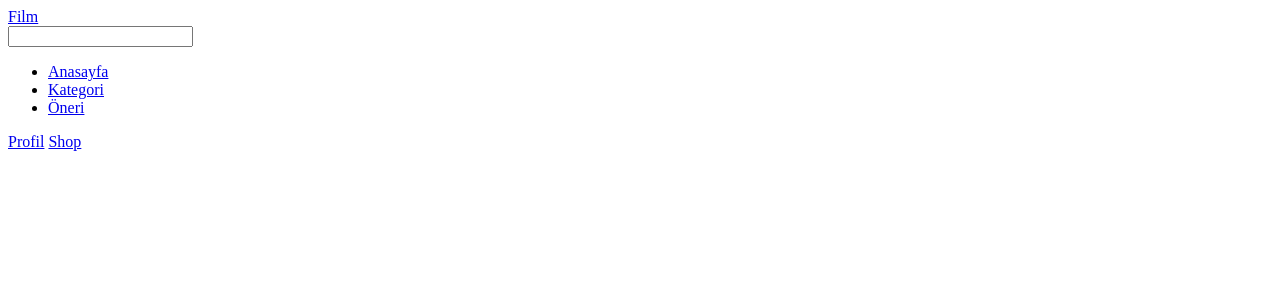
Repository: mehmethd/1-week-html-css-js
Page: index.html
These files come from the project's save history. The page is drawn as it stood at one moment and after the next save; the edit follows.
The browser window is 1280 px wide. The pictures show the whole page.

Above is the page before, as saved 2024-01-26 14:00:24.

After the next save:
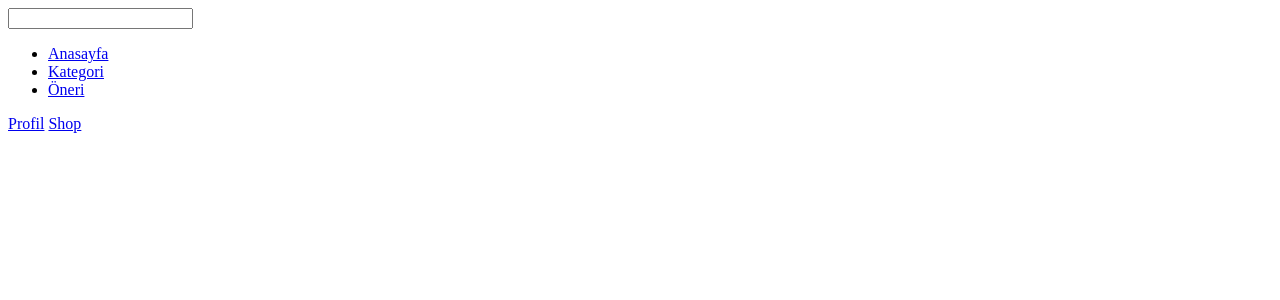
Saved 51 s later.
--- a/index.html
+++ b/index.html
@@ -12,7 +12,7 @@
     <header>
         <div class="navbar">
             <div class="logo">
-                <a href="#">Film</a>
+                <a href="#"></a>
             </div>
             <div class="search">
                 <input type="text" placeholder="">
